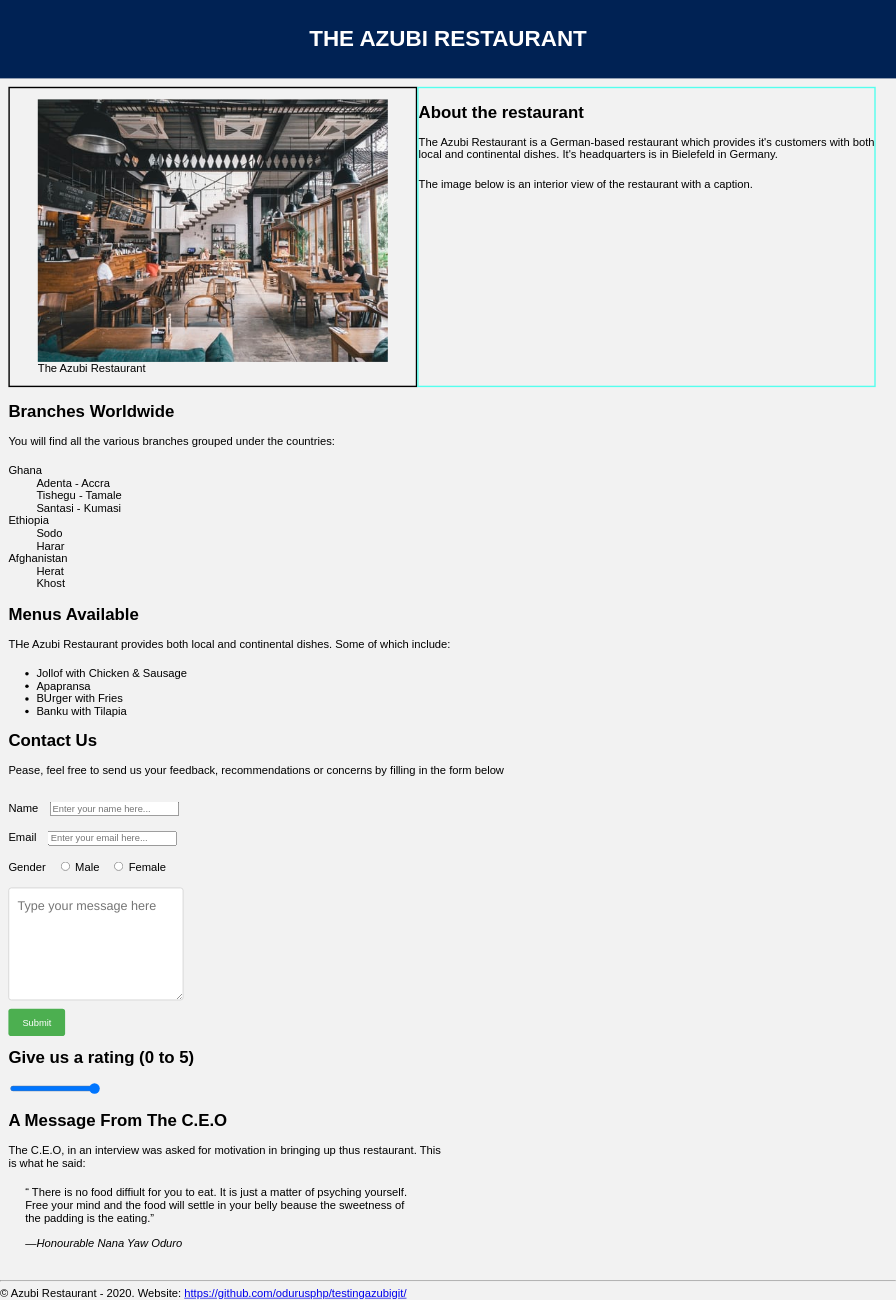
Repository: odurusphp/testingazubigit
Page: Fortune/FortunatusWulnye.html
These files come from the project's save history. The page is drawn as it stood at one moment and after the next save; the edit follows.
The browser window is 1280 px wide. The pictures show the whole page, at 70% of full size.

Above is the page before, as saved 2020-08-03 02:40:13.

### Fortune/FortunatusWulnye.html
<!--COMMENTS THAT ARE MINE ARE WRITTEN IN CAPITAL LETTERS-->
<!--THE GENERAL STRUCTURE OF THE PAGE IS GOOD WITH THE INDENTATION TOO-->
<!--THE CLASSES THAT YOU IMPLEMENTED TOO ARE GREAT KEEP IT UP-->
<!DOCTYPE html>
<html lang="en">
  <head>

    <meta charset="UTF-8" />
    <meta name="viewport" content="width=device-width, initial-scale=1.0" />
    <title>The Azubi Restaurant</title>
    <meta name="descrition" content="A website for Azubi restaurant">
    <meta name="author" content="Fortunatus Aabangbio Wulnye">
    <link rel="stylesheet" href="css/style.css">

  </head>

  <body>

      <header class="main-header">
        <div class="brand">
          <h1 class="site-title"><a href="#">THE AZUBI RESTAURANT</a></h1>
        </div>
      </header>

      <main class="main-container">
        <section class="aboutOne">
          <div class="about-fig" style="border:2px solid #000">
            <figure>
              <img
                src="images/FortununatusWulnyeRestaurant.jpg"
                alt="Azubi Restaurant"
              />
              <figcaption>The Azubi Restaurant</figcaption>
            </figure>
          </div>
        <aside class="About" style="border: 2px solid #5fe">
          <h2>About the restaurant</h2>
          <p>
            The Azubi Restaurant is a German-based restaurant which provides
            it's customers with both <br />
            local and continental dishes. It's headquarters is in Bielefeld in
            Germany.
          </p>
          <p>
            The image below is an interior view of the restaurant with a caption.
          </p>
          <!--IN ADDING THE IMAGE YOU TYPED OUT THE SRC WRONGLY KINDLY TAKE NOTE AND DO WELL TO REVIEW YOUR PAGE ALWAYS-->
        </aside>

        </section>

        <section class="branches">
          <h2>Branches Worldwide</h2>
          <p>You will find all the various branches grouped under the countries:</p>
          <dl>
            <dt class="country">Ghana</dt>
            <div class="location">
              <dd>Adenta - Accra</dd>
              <dd>Tishegu - Tamale</dd>
              <dd>Santasi - Kumasi</dd>
            </div>

            <dt class="country">Ethiopia</dt>
            <div class="location">
              <dd>Sodo</dd>
              <dd>Harar</dd>
            </div>

            <dt class="country">Afghanistan</dt>
            <div class="location">
              <dd>Herat</dd>
              <dd>Khost</dd>
            </div>
          </dl>
        </section>

        <section class="menus">
          <h2>Menus Available</h2>
          <p>THe Azubi Restaurant provides both local and continental dishes. Some of which include:</p>
          <ul>
            <li>Jollof with Chicken & Sausage</li>
            <li>Apapransa</li>
            <li>BUrger with Fries</li>
            <li>Banku with Tilapia</li>
          </ul>
        </section>

        <div class="Contact">
          <h2>Contact Us</h2>
          <p>Pease, feel free to send us your feedback, recommendations or concerns by filling in the form below</p>
          <form action="" method="POST">
            <label for="fname">Name</label>
            <input type="text" name="fname" placeholder ="Enter your name here..." required> <br>

            <label for="email">Email</label>
            <input type="text" name="email" placeholder ="Enter your email here..." required> <br>

            <label for="gender">Gender</label>
            <input type="radio" id="male" value="male">
            <label for="gender">Male</label>
            <input type="radio" id="female" value="female">
            <label for="gender">Female</label> <br>

            <textarea name="message" id="" cols="20" rows="5" placeholder="Type your message here"></textarea> <br/>

            <input type="submit" value="Submit"  />
          </form>
          <br>

        </div>
        <br>

        <div class="rating">
          <h2>Give us a rating (0 to 5)</h2>
          <div class="slider">
             <input type="range" min="0" max="5" value="50">
          </div>
        </div>

        <div class="ceomessage">
          <h2>A Message From The C.E.O</h2>
          <P>The C.E.O, in an interview was asked for motivation in bringing up thus restaurant. This<br> is what he said: <blockquote> <q> There is no food diffiult for you to eat. It is just a matter of psyching yourself.<br> Free your mind and the food
          will settle in your belly beause the sweetness of <br> the padding is the eating.</q><br> <br>
        &mdash;<cite>Honourable Nana Yaw Oduro</cite>
      </blockquote>
           </P>
        </div>

      </main>
        <hr />

        <footer>
          &copy; Azubi Restaurant - 2020. Website: <a
          href="https://github.com/odurusphp/testingazubigit/">https://github.com/odurusphp/testingazubigit/</a>
        </footer>

  </body>
</html>

### Fortune/css/style.css
html {
  font-family: sans-serif;
  -webkit-text-size-adjust: 100%;
  -ms-text-size-adjust: 100%;
  justify-content: center;
  align-items: middle;
}
body {
  margin: 0;
  background-color: hsl(0, 0%, 95%);
}

/*--------------------------------------------------------------
Header styles
--------------------------------------------------------------*/

.main-header {
  padding: 1em 0;
  background-color: #002254;
}

.brand {
  /* padding: 70px 0; */
  text-align: center;
  border: "0.5rem solid pink";
}
.site-title a {
  text-decoration: none;
  color: #fff;
  /* -js-display: flex; */
  /* display: flex; */
  /* align-items: baseline; */
  /* margin: 0; */
  /* font-weight: 400; */
  /* text-align: center; */
  /* color: white; */
}

.aboutOne {
  display: flex;
}
.main-container {
  border-radius: 2px;
  padding: 12px;
}

aside,
figcaption,
figure,
footer,
header,
main,
nav,
section {
  display: block;
}

a:active,
a:hover {
  outline: 0;
}

b,
strong {
  font-weight: bold;
}

p {
  margin-bottom: 1.5em;
}

h1 {
  font-size: 2em;
  margin: 0.67em 0;
}

img {
  display: block;
  border: 0;
  width: auto;
  height: auto;
}

label {
  padding: 12px 12px 12px 0;
  display: inline-block;
}

input [type="text"],
select,
textarea {
  color: inherit;
  font: inherit;
  margin: 0;
  padding: 12px;
  border: 1px solid #ccc;
  border-radius: 4px;
  resize: vertical;
  margin: 8px 0;
  font-family: "Source Sans Pro", "Helvetica", Arial, sans-serif;
  font-size: 18px;
  line-height: 1.5;
}

input[type="submit"] {
  background-color: #4caf50;
  color: white;
  padding: 12px 20px;
  border: none;
  border-radius: 4px;
  cursor: pointer;
  float: left;
}

select {
  text-transform: none;
}

textarea {
  overflow: auto;
}

input::-moz-focus-inner {
  border: 0;
  padding: 0;
}

input {
  line-height: normal;
}

input[type="radio"] {
  box-sizing: border-box;
  padding: 0;
}

blockquote {
  margin: 0 1.5em;
}

After the next save:
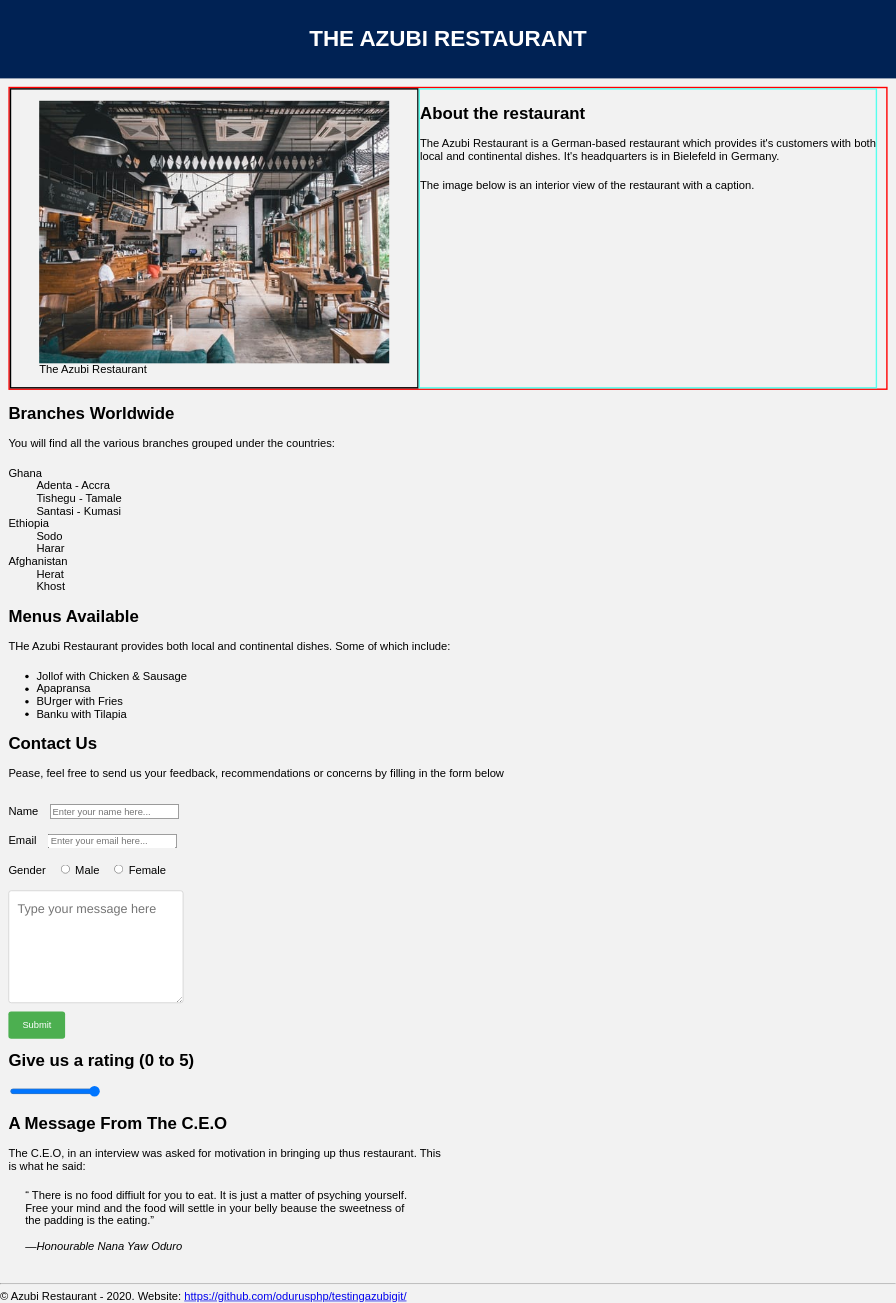
Saved 73 s later.
--- a/Fortune/FortunatusWulnye.html
+++ b/Fortune/FortunatusWulnye.html
@@ -23,7 +23,7 @@
       </header>
 
       <main class="main-container">
-        <section class="aboutOne">
+        <section class="aboutOne" style="border:2px solid red">
           <div class="about-fig" style="border:2px solid #000">
             <figure>
               <img
